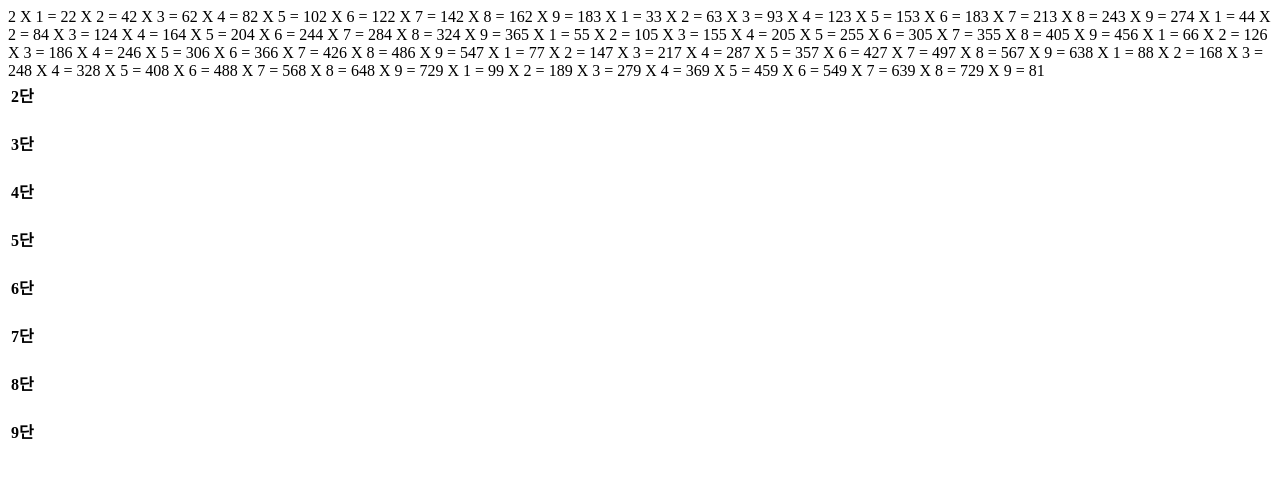
Repository: zodib0123/kdt_jsp
Page: http://localhost/MustHaveJSP/Mission/Gugudan1.jsp
An editor plug-in stored every save of this project. The page is shown before and after the next save, followed by the edit.
The browser window is 1280 px wide. The pictures show the whole page.
The page is served by Tomcat 10.

Above is the page before, as saved 2025-09-22 08:04:00.

After the next save:
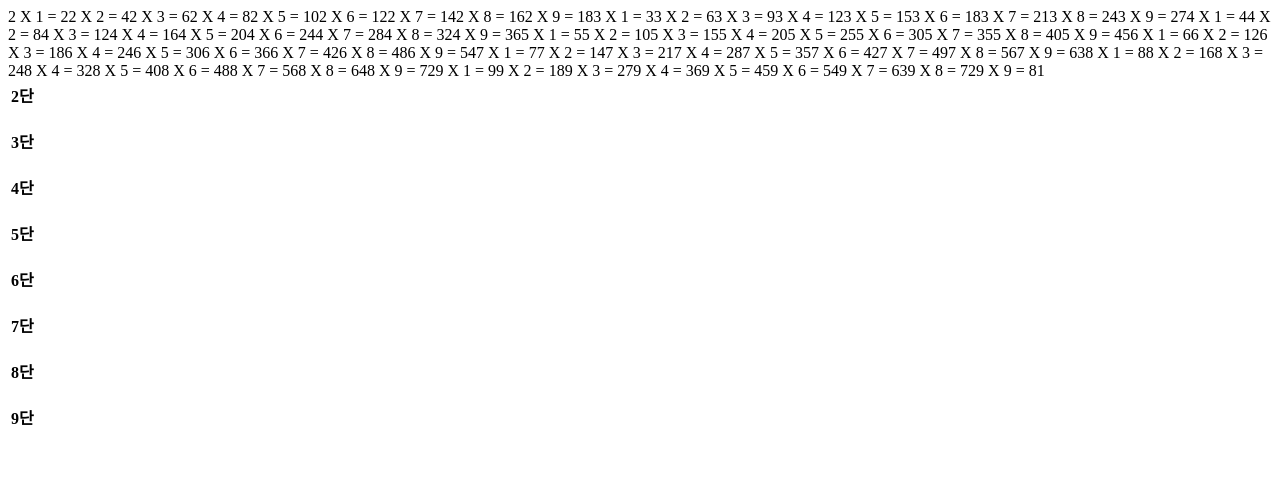
Saved 6 s later.
--- a/MustHaveJSP/src/main/webapp/Mission/Gugudan1.jsp
+++ b/MustHaveJSP/src/main/webapp/Mission/Gugudan1.jsp
@@ -25,11 +25,11 @@ public void gugudan(int n) {
 <%
 for (int i = 2; i < 10; i++) {
 	out.println("<th>" + i + "단 </th>");
-	out.println("<tr>");
+
 	for (int j = 1; j < 10; j++) {
 		out.println("<tr>" + i + " X " + j + " = " + j * i + "</tr>");
 	}
-	out.println("</tr>");
+
 }
 %>
 </table>
